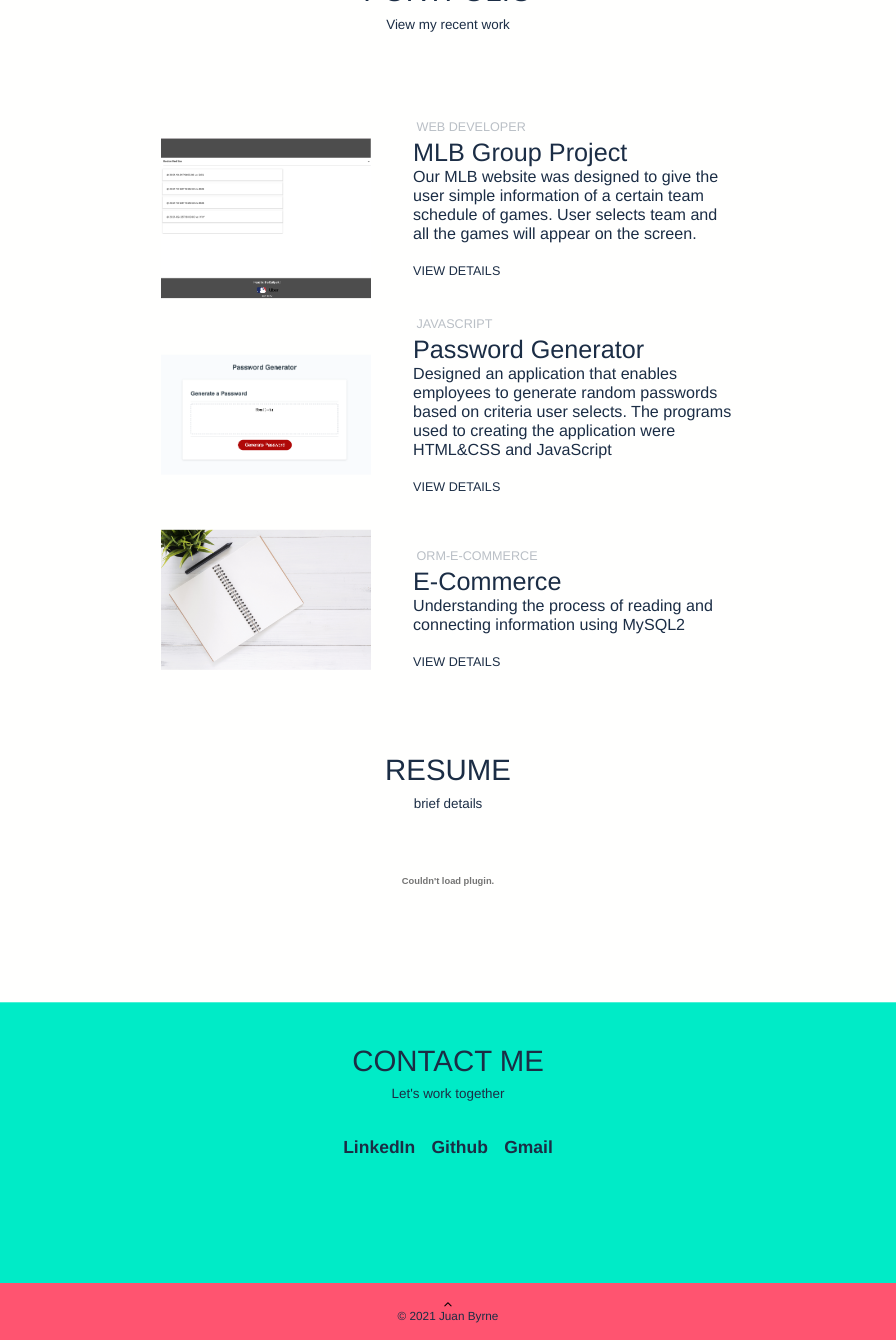
Repository: jb150524/JB-Portfolio
Page: index.html
These files come from the project's save history. The page is drawn as it stood at one moment and after the next save; the edit follows.
The browser window is 1280 px wide. The pictures show the part of the page from y = 2367 to 4287 px (the page is 4282 px tall before and 4287 px after), at 70% of full size.
Some web libraries are served in a nearby version.

Above is the page before, as saved 2021-09-25 20:06:39.

After the next save:
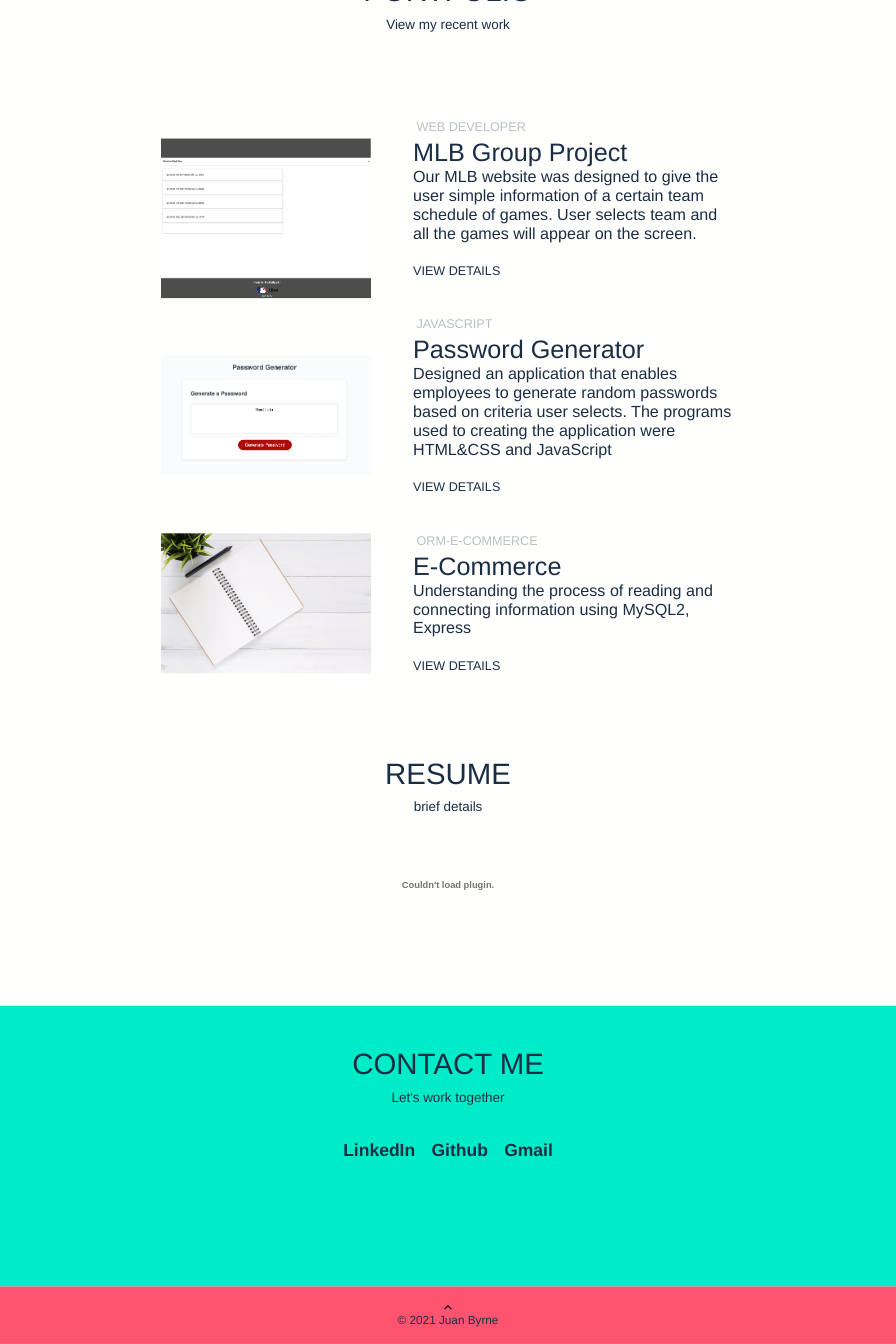
Saved 4 s later.
--- a/index.html
+++ b/index.html
@@ -131,7 +131,7 @@
               <h6>ORM-E-Commerce</h6>
               <h1>E-Commerce</h1>
               <p>
-              Understanding the process of reading and connecting information using MySQL2
+              Understanding the process of reading and connecting information using MySQL2, Express
               </p>
               <a href="file:///Users/jja/FullStack_HW/juanwebsite/index.html#" class="cta"> View Details</a>
             </div>
